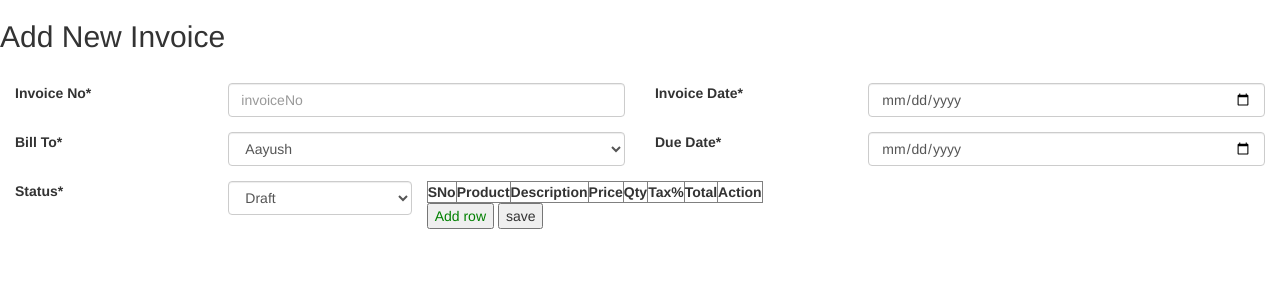
Repository: Aayush13013/Invoice_Management_app
Page: http://localhost/invoiceInfo/WEB-INF/jsp/new_invoiceInfo.jsp
These files come from the project's save history. The page is drawn as it stood at one moment and after the next save; the edit follows.
The browser window is 1280 px wide. The pictures show the whole page.
The page is served by Tomcat 9. Nobody is signed in. Other server files are loaded and not shown. The template is opened directly, without the code that normally fills it, so the values that code supplies are empty.

Above is the page before, as saved 2021-12-27 16:17:15.

### invoiceInfo/invoiceInfo/src/main/webapp/WEB-INF/jsp/new_invoiceInfo.jsp
<%@ page language="java" contentType="text/html; charset=ISO-8859-1"
	pageEncoding="ISO-8859-1"%>
<%@ taglib prefix="form" uri="http://www.springframework.org/tags/form"%>
<%@ taglib prefix="c" uri="http://java.sun.com/jsp/jstl/core"%>


<!DOCTYPE html>
<html>

<head>
<meta charset="ISO-8859-1">
<title>Add New Invoice</title>

<link rel="stylesheet"
	href="https://maxcdn.bootstrapcdn.com/bootstrap/3.4.1/css/bootstrap.min.css">



</head>

<body>
	<script>
		function addRows(id) {
			var table = document.getElementById(id);
			var array = [ "Computer", "Mobile", "PenDrive", "Mouse" ];

			var rowCount = table.rows.length;
			var row = table.insertRow(rowCount);
			var counts = rowCount - 1;

			var cell0 = row.insertCell(0);
			cell0.innerHTML = rowCount;

			var cell1 = row.insertCell(1);
			var element1 = document.createElement("select");
			element1.name = "listOfProducts[" + counts + "].productName";
			for (var i = 0; i < array.length; i++) {
				var option = document.createElement("option");
				option.value = array[i];
				option.text = array[i];
				element1.appendChild(option);
			}
			cell1.appendChild(element1);

			var cell2 = row.insertCell(2);
			var element2 = document.createElement("textarea");
			element2.type = "text";
			element2.name = "listOfProducts[" + counts + "].description";
			cell2.appendChild(element2);

			var cell3 = row.insertCell(3);
			var element3 = document.createElement("input");
			element3.type = "number";
			element3.name = "listOfProducts[" + counts + "].price";
			cell3.appendChild(element3);

			var cell4 = row.insertCell(4);
			var element4 = document.createElement("input");
			element4.type = "number";
			element4.name = "listOfProducts[" + counts + "].qty";
			cell4.appendChild(element4);

			var cell5 = row.insertCell(5);
			var element5 = document.createElement("input");
			element5.type = "number";
			element5.name = "listOfProducts[" + counts + "].taxPercent";
			cell5.appendChild(element5);

			var cell6 = row.insertCell(6);
			var element6 = document.createElement("input");
			element6.type = "number";
			element6.name = "listOfProducts[" + counts + "].total";
			cell6.appendChild(element6);

		}
	</script>


	<h2>Add New Invoice</h2>
	<br>



	<form:form action="/saveInvoice" modelAttribute="invoiceInfo"
		method="POST">
		<form:hidden path="id" placeholder="id" class="form-control " />
		<div class="form-row">
			<div class="form-group col-md-2">
				<label>Invoice No*</label>
			</div>
			<div class="form-group col-md-4">
				<form:input type="text" path="invoiceNo" placeholder="invoiceNo"
					class="form-control" />
			</div>
			<div class="form-group col-md-2">
				<label>Invoice Date*</label>

			</div>
			<div class="form-group col-md-4">
				<form:input type="date" path="invoiceDate" placeholder="invoiceDate"
					class="form-control " />
			</div>
		</div>
		<div class="form-row">
			<div class="form-group col-md-2">
				<label>Bill To*</label>

			</div>
			<div class="form-group col-md-4">
				<form:select path="billTo" class="form-control"
					required="required">
					<optgroup label="Select_Customer">
						<form:option value="Aayush"></form:option>
						<form:option value="Shridhar"></form:option>
						<form:option value="Suneel"></form:option>
						<form:option value="Lekhana"></form:option>
					</optgroup>
				</form:select>
			</div>
			<div class="form-group col-md-2">
				<label>Due Date*</label>

			</div>

			<div class="form-group col-md-4">
				<form:input type="date" path="dueDate" placeholder="dueDate"
					class="form-control " />
			</div>
		</div>
		<div class="form-row">
			<div class="form-group col-md-2">
				<label>Status*</label>

			</div>
			<div class="form-group col-md-2">
				<form:select path="status" class="form-control ">
					<optgroup label="Select_Status">
						<form:option value="Draft"></form:option>
						<form:option value="Sent"></form:option>
						<form:option value="Paid"></form:option>
					</optgroup>
				</form:select>
			</div>
		</div>




		<table id="myTable" border="1">
			<thead>
				<tr>
					<th>SNo</th>
					<th>Product</th>
					<th>Description</th>
					<th>Price</th>
					<th>Qty</th>
					<th>Tax%</th>
					<th>Total</th>
					<th>Action</th>
				</tr>

			</thead>

		</table>
		<input type="button" value="Add row" onclick="addRows('myTable')"
			style="color: green;" />
		<input type="submit" value="save" />
	</form:form>
</body>

</html>

After the next save:
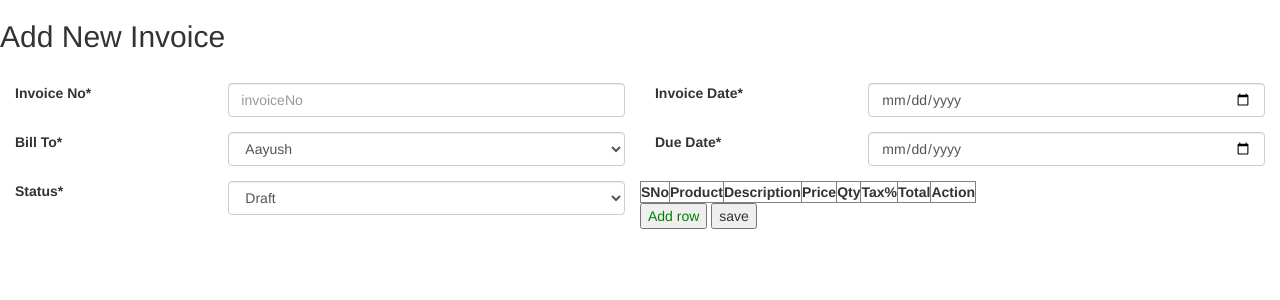
Saved 4 s later.
--- a/invoiceInfo/invoiceInfo/src/main/webapp/WEB-INF/jsp/new_invoiceInfo.jsp
+++ b/invoiceInfo/invoiceInfo/src/main/webapp/WEB-INF/jsp/new_invoiceInfo.jsp
@@ -132,7 +132,7 @@
 				<label>Status*</label>
 
 			</div>
-			<div class="form-group col-md-2">
+			<div class="form-group col-md-4">
 				<form:select path="status" class="form-control ">
 					<optgroup label="Select_Status">
 						<form:option value="Draft"></form:option>
